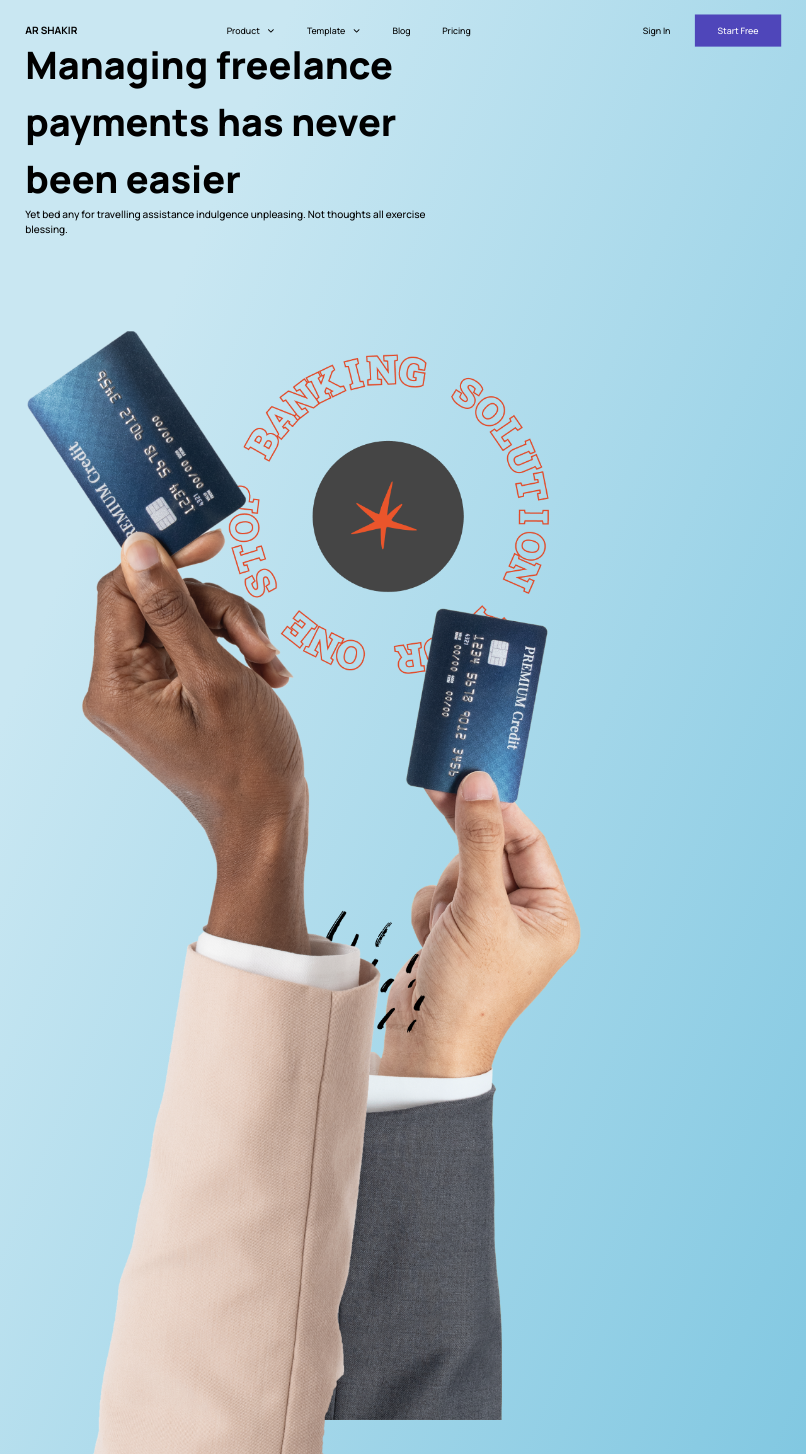
Repository: duongdori/ARShakir
Page: index.html
These files come from the project's save history. The page is drawn as it stood at one moment and after the next save; the edit follows.
The browser window is 1280 px wide. The pictures show the whole page, at 63% of full size.

Above is the page before, as saved 2022-04-01 23:07:06.

### index.html
<!DOCTYPE html>
<html lang="en">
<head>
    <meta charset="UTF-8">
    <meta http-equiv="X-UA-Compatible" content="IE=edge">
    <meta name="viewport" content="width=device-width, initial-scale=1.0">
    <title>Document</title>
    <link rel="preconnect" href="https://fonts.googleapis.com">
    <link rel="preconnect" href="https://fonts.gstatic.com" crossorigin>
    <link href="https://fonts.googleapis.com/css2?family=Manrope:wght@400;500;600;700;800&display=swap" rel="stylesheet">

    <link rel="stylesheet" href="./assets/css/main.css">
</head>
<body>
    <div class="wrapper">
        <header class="header">
            <div class="header-top">
                <div class="container">
                    <div class="header-logo">AR Shakir</div>
                    <ul class="header-menu">
                        <li class="header-menu-item">
                            <a href="#" class="header-menu-item-link">Product</a>
                            <a href="#" class="header-menu-item-icon">
                                <ion-icon name="ios-arrow-down"></ion-icon>
                            </a>
                        </li>
                        <li class="header-menu-item">
                            <a href="#" class="header-menu-item-link">Template</a>
                            <a href="#" class="header-menu-item-icon">
                                <ion-icon name="ios-arrow-down"></ion-icon>
                            </a>
                        </li>
                        <li class="header-menu-item">
                            <a href="#" class="header-menu-item-link">Blog</a>
                        </li>
                        <li class="header-menu-item">
                            <a href="#" class="header-menu-item-link">Pricing</a>
                        </li>
                    </ul>
                    <div class="header-login">
                        <a href="#" class="header-login-signin">Sign In</a>
                        <a href="#" class="header-login-startfree">Start Free</a>
                    </div>
                </div>
            </div>
            <div class="container">
                <div class="header-main">
                    <div class="header-content">
                        <h1 class="header-content-heading">
                            Managing freelance payments has never been easier
                        </h1>
                        <p class="header-content-desc">
                            Yet bed any for travelling assistance indulgence unpleasing. Not thoughts all exercise blessing.
                        </p>
                    </div>
                    <img src="./assets/images/img1.png" alt="">
                </div>
            </div>
        </header>
    </div>
</body>
<script  src = "https://unpkg.com/ionicons@4.5.10-0/dist/ionicons.js" > </script >
</html>

### assets/css/main.css
*, *::before, *::after {
  box-sizing: border-box;
}
* {
  margin: 0;
}

html, body {
  height: 100%;
}
body {
  line-height: 1.5;
  -webkit-font-smoothing: antialiased;
  -webkit-tap-highlight-color: rgba(0,0,0,0);
}

img, picture, video, canvas, svg {
  display: block;
  max-width: 100%;
}
input, button, textarea, select {
  font: inherit;
  outline: none;
  border: none;
}
p, h1, h2, h3, h4, h5, h6 {
  overflow-wrap: break-word;
}

:root {
    --primary-font: "Manrope";
    --primary-text-color: #000;
}
body {
    font-family: var(--primary-font);
    font-weight: 500;
}

.wrapper {
    max-width: 1440px;
    margin: 0 auto;
}

.container {
    max-width: 1200px;
    margin: 0 auto;
}

.header{
    background: linear-gradient(292.12deg, #62BADA -35.02%, #C9E7F2 78.96%);
}

.header-top{
    padding-top: 38px;
}

.header-top .container {
    display:flex;
    justify-content: space-between;
    align-items: center;
}

.header-logo{
    font-weight: 700;
    font-style: 20px;
    line-height: calc(25 / 20);
    text-transform: uppercase;
    color: var(--primary-text-color);
}

.header-menu{
    display:flex;
    align-items: center;
    list-style: none;
    font-weight: 500;
    font-size: 14px;
    line-height: calc(19 / 14);
    padding: 0;
    margin-left: -50px;

}

.header-menu-item{
    margin-left: 50px;
}

.header-menu-item-link{
    color: var(--primary-text-color);
    text-decoration: none;

}

.header-menu-item-icon {
    color: var(--primary-text-color);
    margin-left: 8px;
    display: inline;
    top: 2px;
    position: relative;
}

.header-login{
    font-size: 14px;
    line-height: calc(19 / 14);
}

.header-login-signin{
    color: var(--primary-text-color);
    text-decoration: none;
    padding: 16px 36px;

}

.header-login-startfree{
    color: #fff;
    text-decoration: none;
    background-color: #4F46BA;
    padding: 16px 36px;

}


.header-main {

}

.header-content {
    max-width: 646px;
    width: 100%;
}

.header-content-heading {
    font-size: 60px;
    font-weight: 800;
    color: var(--primary-text-color);
}

After the next save:
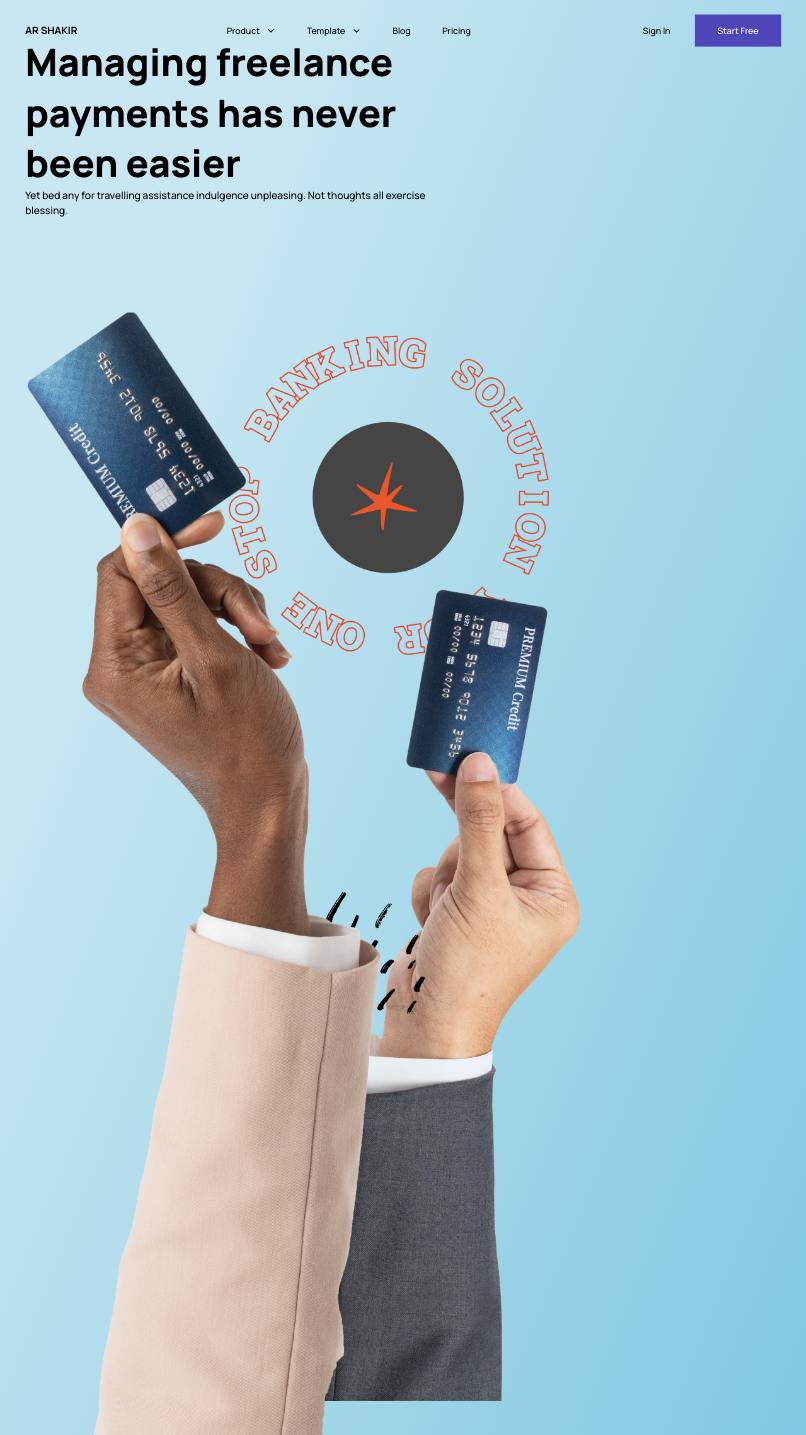
Saved 22 s later.
--- a/assets/css/main.css
+++ b/assets/css/main.css
@@ -131,5 +131,6 @@ body {
 .header-content-heading {
     font-size: 60px;
     font-weight: 800;
+    line-height: calc(80 / 60);
     color: var(--primary-text-color);
 }
